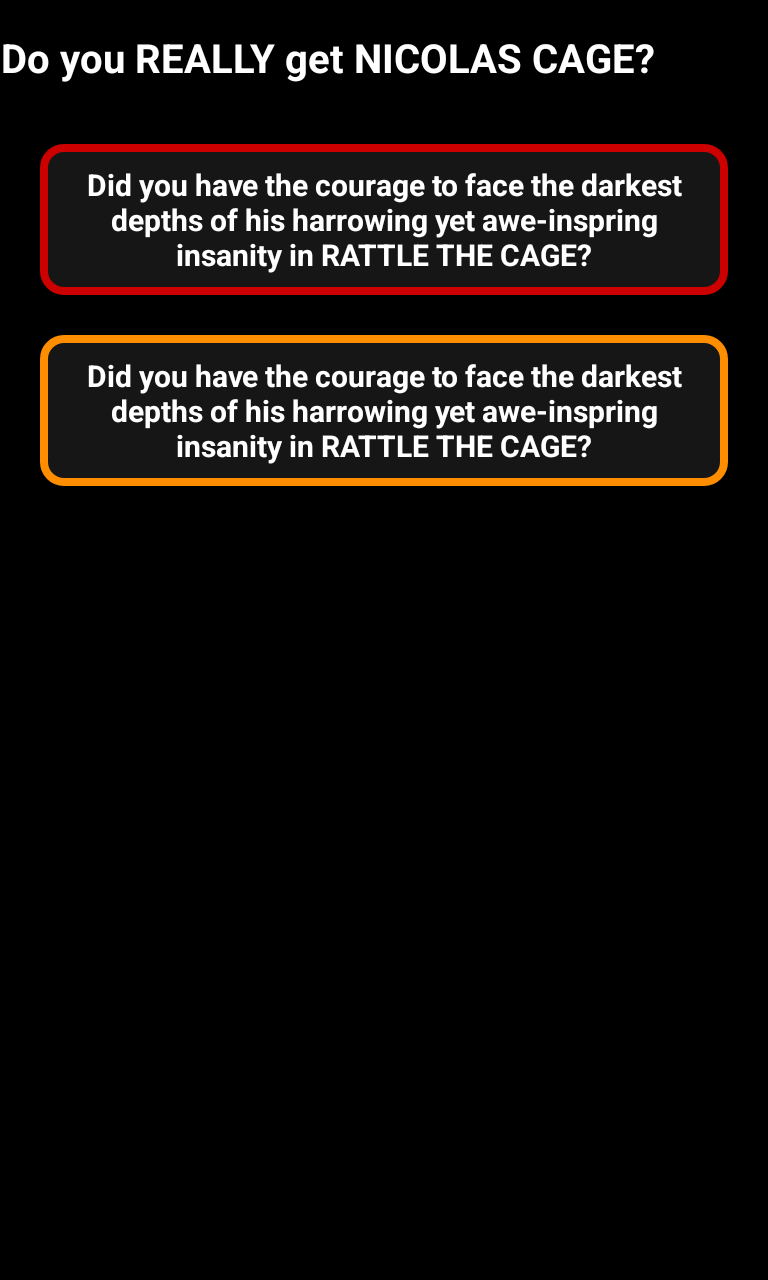
Repository: kylenicola/NicCageMobileApp
Layout: NicolasCageApp/res/layout/activity_score_menu.xml
An editor plug-in stored every save of this project. The layout is shown before and after the next save, followed by the edit.
It is drawn on a 768 x 1280 px phone screen (xhdpi) without system bars, with theme AppTheme; the app's code is not run.

Above is the layout before, as saved 2014-12-04 02:44:45.

After the next save:
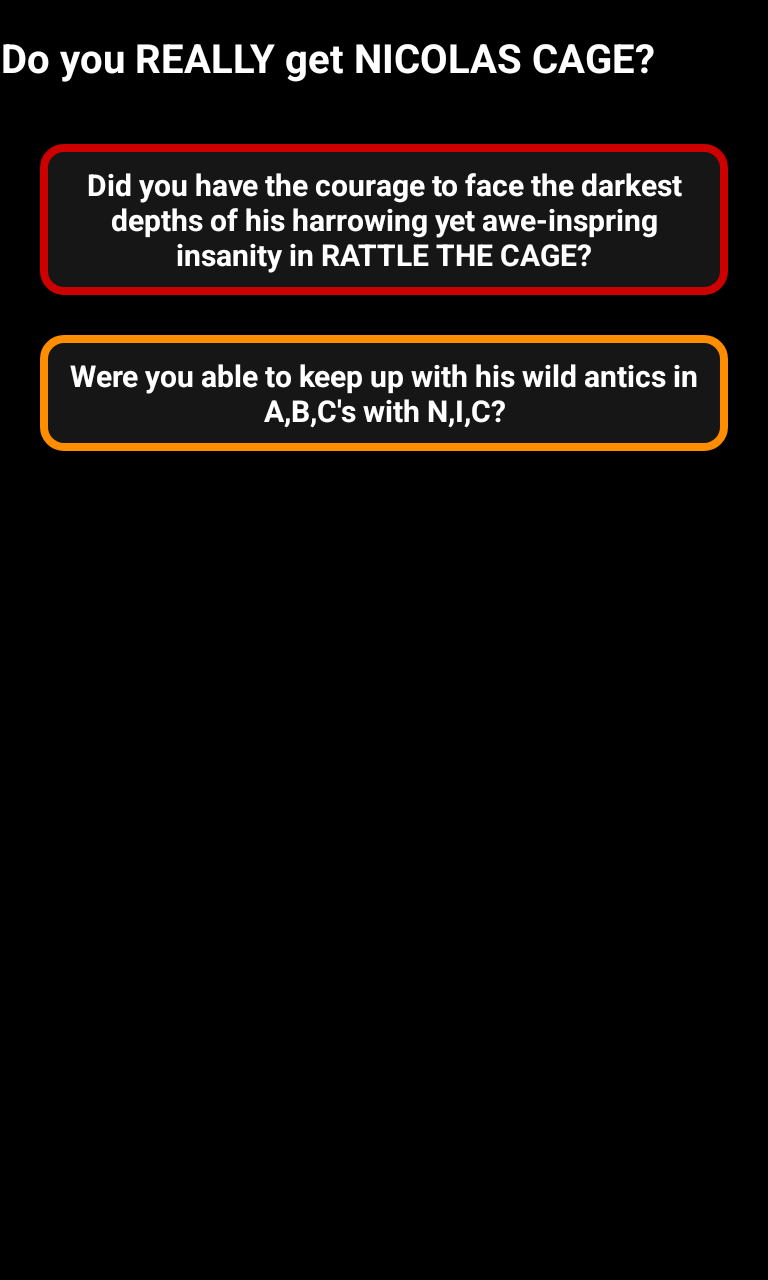
Saved 14 s later.
--- a/NicolasCageApp/res/layout/activity_score_menu.xml
+++ b/NicolasCageApp/res/layout/activity_score_menu.xml
@@ -42,7 +42,7 @@
 	    android:layout_marginLeft="20dp"
 	    android:layout_marginRight="20dp"
 	    android:background="@drawable/score_menu_abcs_button_style"
-	    android:text="@string/rattle_the_cage_score_description"
+	    android:text="@string/abcs_score_description"
 	    android:textColor="@android:color/white"
 	    android:textStyle="bold"
 	    android:textSize="15sp"
